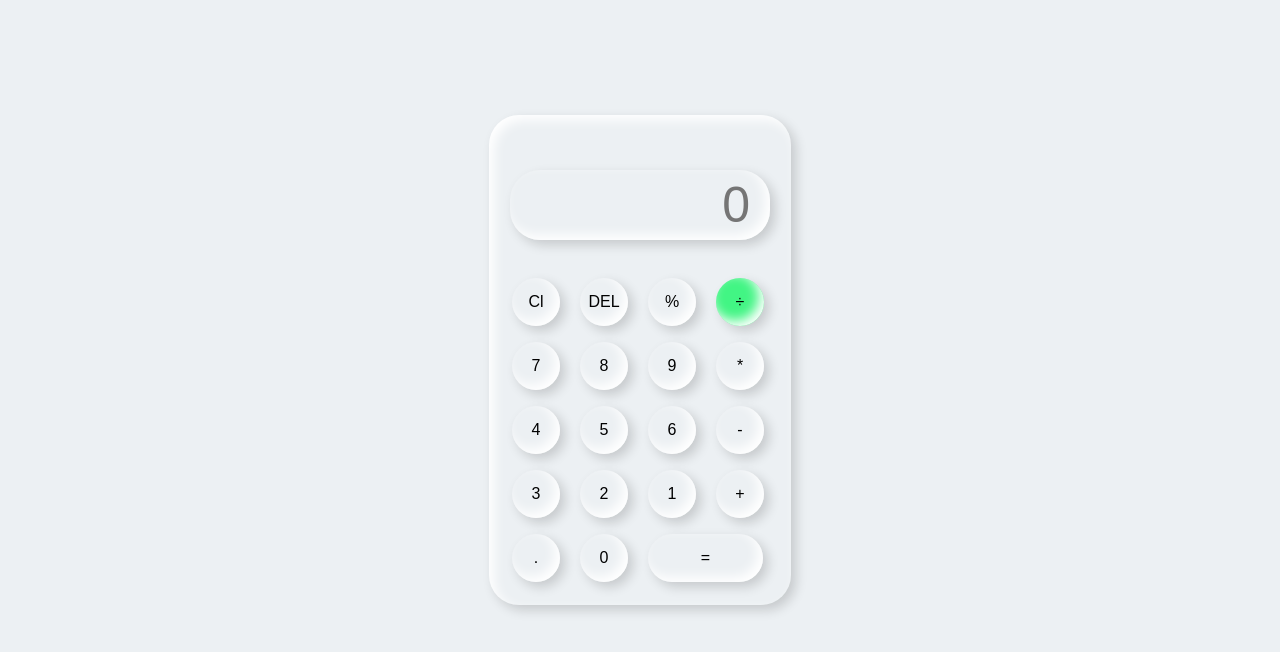
Repository: Mayur2905/OIBSIP
Page: Task-3/index.html
These files come from the project's save history. The page is drawn as it stood at one moment and after the next save; the edit follows.
The browser window is 1280 px wide. The pictures show the whole page.

Above is the page before, as saved 2022-02-02 14:35:32.

### Task-3/index.html
<!DOCTYPE html>
<html lang="en">
<head>
    <meta charset="UTF-8">
    <meta http-equiv="X-UA-Compatible" content="IE=edge">
    <meta name="viewport" content="width=device-width, initial-scale=1.0">
    <title>Clauculator</title>
    <link rel="stylesheet" href="style.css">
</head>
<body>
    <div class="container">
        <div class="calculator">
            <input type="text" placeholder="0" id="output-screen">
            <button onclick="Clear()">Cl</button>
            <button onclick="del()">DEL</button>
            <button onclick="display('%')">%</button>
            <button onclick="display('/')" class="divide">÷</button>
            <button onclick="display('7')">7</button>
            <button onclick="display('8')">8</button>
            <button onclick="display('9')">9</button>
            <button onclick="display('*')">*</button>
            <button onclick="display('4')">4</button>
            <button onclick="display('5')">5</button>
            <button onclick="display('6')">6</button>
            <button onclick="display('-')">-</button>
            <button onclick="display('3')">3</button>
            <button onclick="display('2')">2</button>
            <button onclick="display('1')">1</button>
            <button onclick="display('+')">+</button>
            <button onclick="display('.')">.</button>
            <button onclick="display('0')">0</button>
            <button onclick="Calculate()" class="equal">=</button>
        </div>
    </div>
    <script type = "text/javascript" src="function.js"></script>
    <!-- <script>
        let outputScreen = document.getElementById("output-screen");
    function display(num){
    outputScreen.value += num
    }
    </script>
    -->
</body>
</html>

### Task-3/style.css
* {
  margin: 0;
  padding: 0;
  box-sizing: border-box;
  background-color: #ecf0f3;
  font-family: sans-serif;
  outline: none;
}
.container {
  height: 100vh;
  display: flex;
  justify-content: center;
  align-items: center;
}
.calculator {
  background-color: #ecf0f3;
  padding: 15px;
  border-radius: 30px;
  box-shadow: inset 5px 5px 12px #ffffff, 5px 5px 12px rgba(0, 0, 0, 0.16);
  display: grid;
  grid-template-columns: repeat(4, 68px);
}
input {
  grid-column: span 4;
  height: 70px;
  width: 260px;
  background-color: #ecf0f3;
  box-shadow: inset -5px -5px 12px #ffffff, 5px 5px 12px rgba(0, 0, 0, 0.16);
  border: none;
  border-radius: 30px;
  color: rgb(70, 70, 70);
  font-size: 50px;
  text-align: end;
  margin: auto;
  margin-top: 40px;
  margin-bottom: 30px;
  padding: 20px;
}

button {
  height: 48px;
  width: 48px;
  background-color: #ecf0f3;
  box-shadow: inset -5px -5px 12px #ffffff, 5px 5px 12px rgba(0, 0, 0, 0.16);
  border: none;
  border-radius: 50%;
  margin: 8px;
  font-size: 16px;
}
.equal {
  width: 115px;
  border-radius: 40px;
  background-color: #ecf0f3;
  box-shadow: inset -5px -5px 12px #ffffff, 5px 5px 12px rgba(0, 0, 0, 0.16);
}
.divide {
  background-color: #42f584;
}

### Task-3/function.js
let outputScreen = document.getElementById("output-screen");
function display(num){
    outputScreen.value += num;

}
function Calculate(){
    try{
        outputScreen.value = eval(outputScreen.value);

    }
    catch(err){
        alert("Invalid Input")
    }

}
function Clear(){
    outputScreen.value="";
}

function del(){
    outputScreen.value = outputScreen.value.slice(0,-1)
}

After the next save:
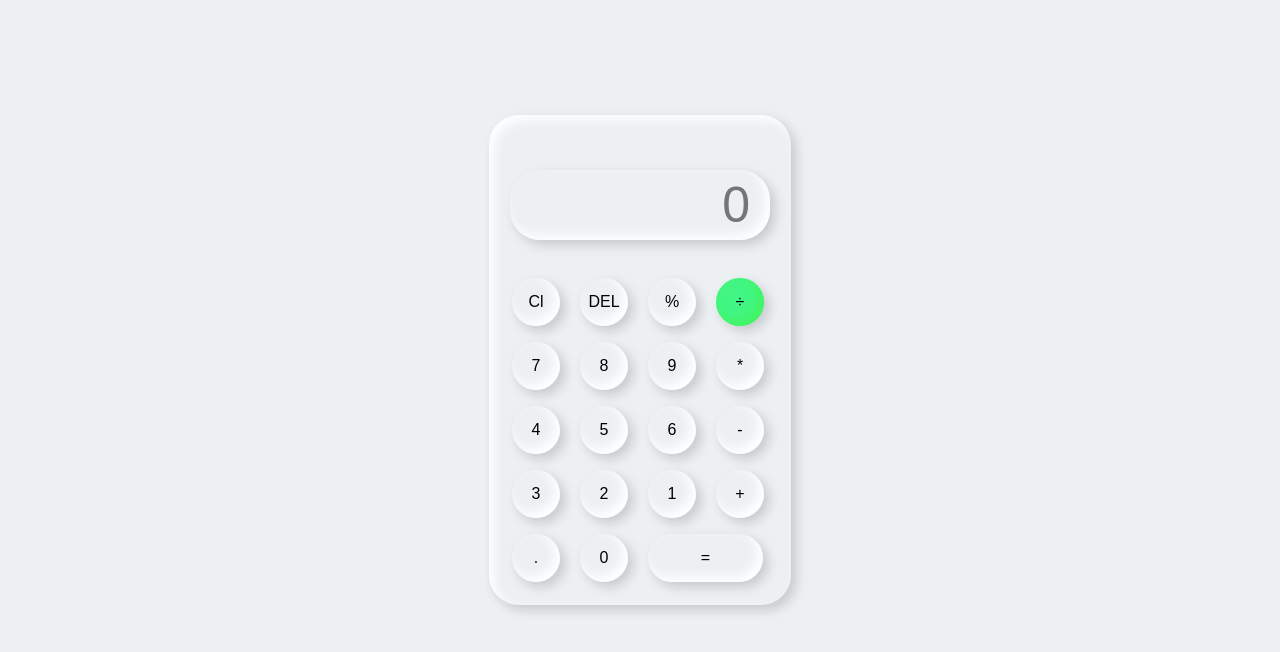
Saved 95 s later.
--- a/Task-3/style.css
+++ b/Task-3/style.css
@@ -55,4 +55,5 @@ button {
 }
 .divide {
   background-color: #42f584;
+  box-shadow: inset -5px -5px 12px #42f560, 5px 5px 12px rgba(0, 0, 0, 0.16);
 }
